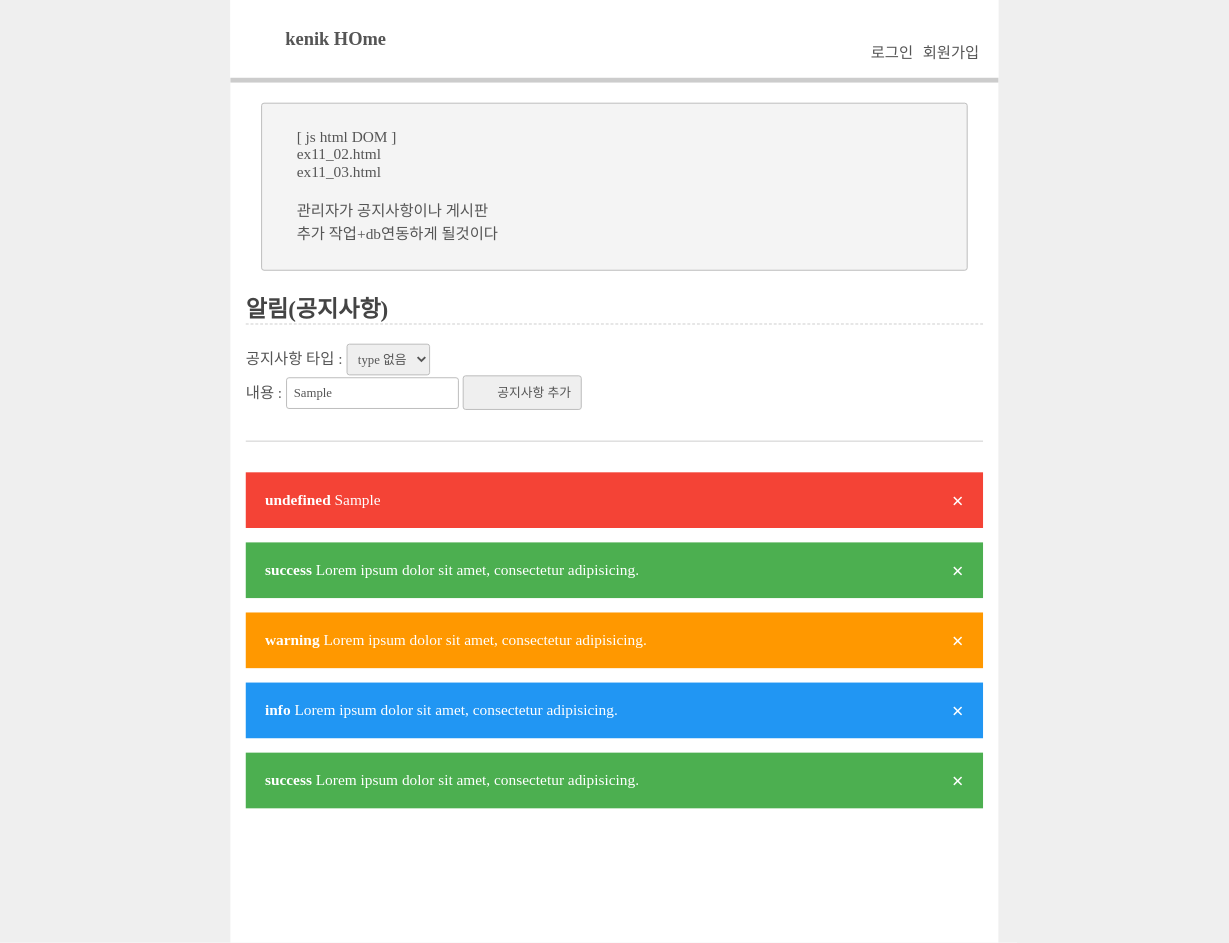
Repository: Deneb0000/WebClass
Page: webPro/src/main/webapp/javascript/days08/ex11_03.html
An editor plug-in stored every save of this project. The page is shown before and after the next save, followed by the edit.
The browser window is 1280 px wide. The pictures show the whole page, at 96% of full size.
Empty fields were first filled with sample values (such as "Sample", 5 or name@example.com).
After loading, the first visible `button` was clicked once.
Some web fonts or font styles are not loaded; a fallback is used.

Above is the page before, as saved 2024-10-11 01:58:39.

After the next save:
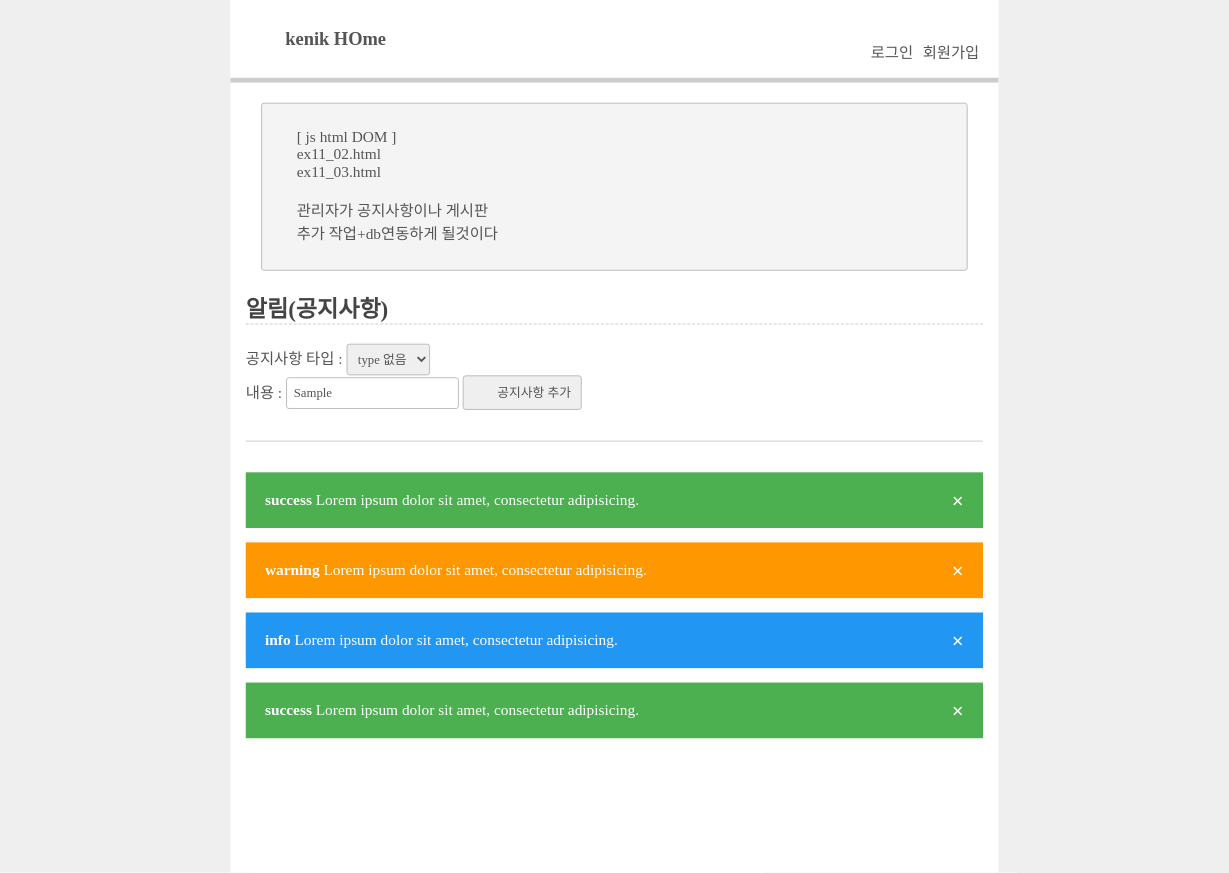
Saved 2 h 50 min later.
--- a/webPro/src/main/webapp/javascript/days08/ex11_03.html
+++ b/webPro/src/main/webapp/javascript/days08/ex11_03.html
@@ -129,7 +129,7 @@
   //타입을 선택하세요 경고창 띄우기
 
   $("button").on("click", function(){ //공지사항 추가 버튼
-    let type = $("notice.type").val();
+    let type = $("#type").val();
     let message = $(":text").val();
     if( type == "type 없음"){
       alert("타입 선택");
